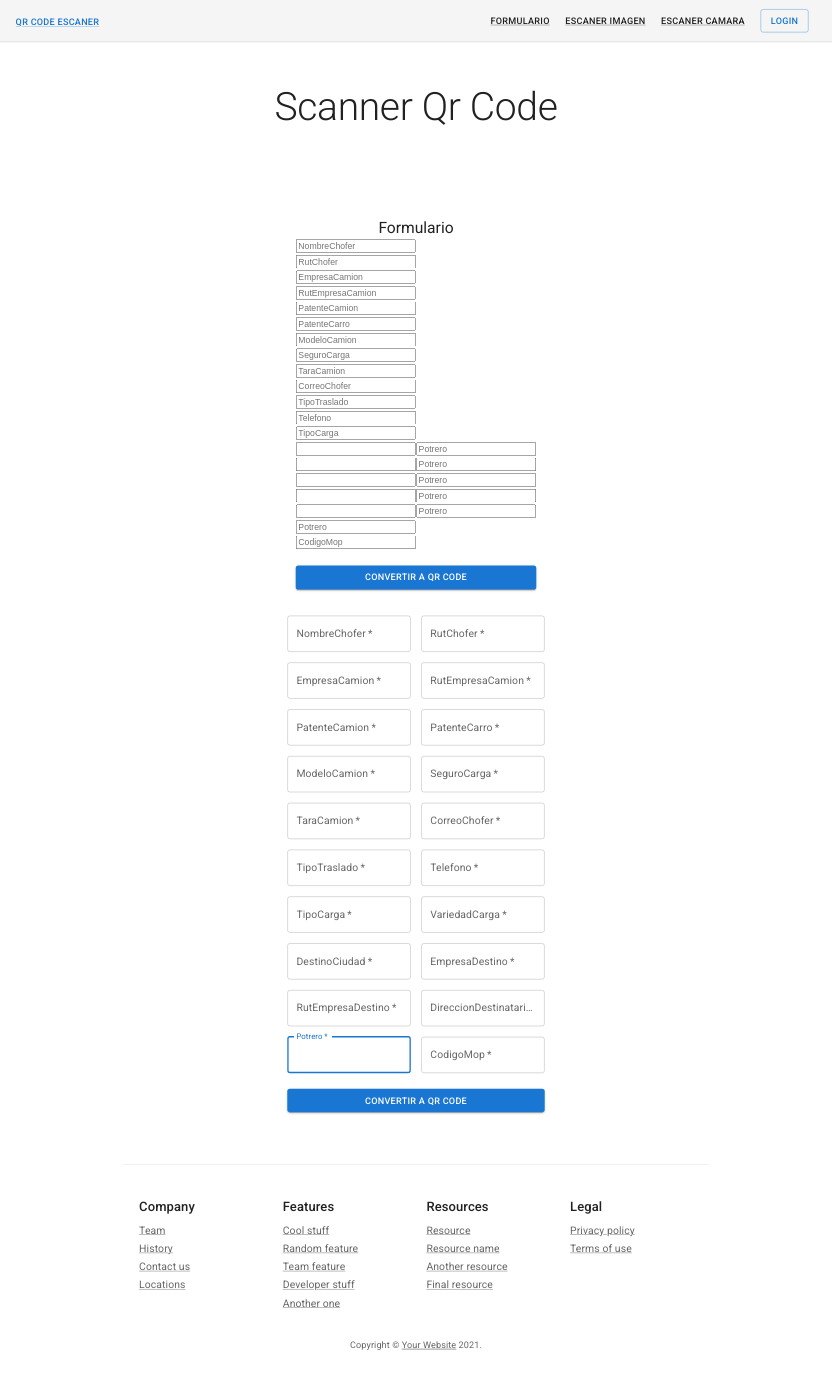
Repository: FlamesAlejandro/QrCodeForm
Page: /form
The author's editor kept a copy of each file at every save. The page is drawn from the files as they stood at one save, then again after a run of saves.
The browser window is 1280 px wide. The pictures show the whole page, at 65% of full size.
The project was rebuilt for these pictures with package versions that can differ from the ones it lists, and the page was loaded fresh each time. Also part of the build but not shown: src/App.css, src/components/pages/ImagenEscaner.js, src/components/pages/CamaraEscaner.js, src/components/pages/Home.js.

Above is the page before, as saved 2021-10-24 07:53:25.

### src/App.js
import './App.css';
import { AppRouter } from './routers/AppRouter';

function App() {
  return (
    <>
      <AppRouter />
    </>
  );
}

export default App;

### src/routers/AppRouter.js
import React from 'react'
import { Switch, Route, Redirect, BrowserRouter as Router } from 'react-router-dom'
import CssBaseline from '@mui/material/CssBaseline';
import Typography from '@mui/material/Typography';
import GlobalStyles from '@mui/material/GlobalStyles';
import Container from '@mui/material/Container';
import { MainNavbar } from '../components/ui/MainNavbar';
import { MainFooter } from '../components/ui/MainFooter';
import { Form } from '../components/pages/Form';
import { ImagenEscaner } from '../components/pages/ImagenEscaner';
import { CamaraEscaner } from '../components/pages/CamaraEscaner';
import { Home } from '../components/pages/Home';

export const AppRouter = () => {
    return (
        <>
        <Router>
            <GlobalStyles styles={{ ul: { margin: 0, padding: 0, listStyle: 'none' } }} />
                <CssBaseline />

                <MainNavbar />

                {/* Hero unit */}
                <Container disableGutters maxWidth="sm" component="main" sx={{ pt: 8, pb: 6 }}>
                    <Typography
                    component="h1"
                    variant="h2"
                    align="center"
                    color="text.primary"
                    gutterBottom
                    >
                    Scanner Qr Code
                    </Typography>

                </Container>

                {/* Contenido */}
                <Container maxWidth="md" component="main">

                    <Switch>
                        <Route exact path="/form" component={ Form } />
                        <Route exact path="/imagen" component={ ImagenEscaner } />
                        <Route exact path="/camara" component={ CamaraEscaner } />
                        <Route exact path="/home" component={ Home } />
                        <Redirect to="/home" />
                    </Switch>

                </Container>

                {/* Footer */}
                <Container
                    maxWidth="md"
                    component="footer"
                    sx={{
                    borderTop: (theme) => `1px solid ${theme.palette.divider}`,
                    mt: 8,
                    py: [3, 6],
                    }}
                >
                    <MainFooter />

                </Container>
                {/* End footer */}
            </Router>
        </>
    )
}

### src/components/ui/MainNavbar.js
import React from 'react'
import AppBar from '@mui/material/AppBar';
import Button from '@mui/material/Button';
import Toolbar from '@mui/material/Toolbar';
import Typography from '@mui/material/Typography';
import Link from '@mui/material/Link';

export const MainNavbar = () => {
    return (
        <>
            <AppBar
                position="static"
                color="default"
                elevation={0}
                sx={{ borderBottom: (theme) => `1px solid ${theme.palette.divider}` }}
            >
                <Toolbar sx={{ flexWrap: 'wrap' }}>
                <Typography variant="h6" color="inherit" noWrap sx={{ flexGrow: 1 }}>
                    <Link
                            variant="button"
                            href="/home"
                        >QR CODE Escaner
                    </Link>
                </Typography>
                <nav>
                    <Link
                        variant="button"
                        color="text.primary"
                        href="/form"
                        sx={{ my: 1, mx: 1.5 }}
                    >
                    Formulario
                    </Link>
                    <Link
                        variant="button"
                        color="text.primary"
                        href="/imagen"
                        sx={{ my: 1, mx: 1.5 }}
                    >
                    Escaner Imagen
                    </Link>
                    <Link
                        variant="button"
                        color="text.primary"
                        href="/camara"
                        sx={{ my: 1, mx: 1.5 }}
                    >
                    Escaner Camara
                    </Link>
                </nav>
                <Button href="/home" variant="outlined" sx={{ my: 1, mx: 1.5 }}>
                    Login
                </Button>
                </Toolbar>
            </AppBar>
        </>
    )
}

### src/components/ui/MainFooter.js
import React from 'react'
import Grid from '@mui/material/Grid';
import Typography from '@mui/material/Typography';
import Link from '@mui/material/Link';

function Copyright(props) {
    return (
      <Typography variant="body2" color="text.secondary" align="center" {...props}>
        {'Copyright © '}
        <Link color="inherit" href="https://mui.com/">
          Your Website
        </Link>{' '}
        {new Date().getFullYear()}
        {'.'}
      </Typography>
    );
  }

  const footers = [
    {
      title: 'Company',
      description: ['Team', 'History', 'Contact us', 'Locations'],
    },
    {
      title: 'Features',
      description: [
        'Cool stuff',
        'Random feature',
        'Team feature',
        'Developer stuff',
        'Another one',
      ],
    },
    {
      title: 'Resources',
      description: ['Resource', 'Resource name', 'Another resource', 'Final resource'],
    },
    {
      title: 'Legal',
      description: ['Privacy policy', 'Terms of use'],
    },
  ];

export const MainFooter = () => {

    return (
        <>
            <Grid container spacing={4} justifyContent="space-evenly">
                {footers.map((footer) => (
                    <Grid item xs={6} sm={3} key={footer.title}>
                    <Typography variant="h6" color="text.primary" gutterBottom>
                        {footer.title}
                    </Typography>
                    <ul>
                        {footer.description.map((item) => (
                        <li key={item}>
                            <Link href="#" variant="subtitle1" color="text.secondary">
                            {item}
                            </Link>
                        </li>
                        ))}
                    </ul>
                    </Grid>
                ))}
            </Grid>
            <Copyright sx={{ mt: 5 }} />
        </>
    )
}

### src/components/pages/Form.js
import React, { useState } from 'react'
import Button from '@mui/material/Button';
import CssBaseline from '@mui/material/CssBaseline';
import TextField from '@mui/material/TextField';
import Grid from '@mui/material/Grid';
import Box from '@mui/material/Box';
import Typography from '@mui/material/Typography';
import Container from '@mui/material/Container';
import QRCode from 'qrcode';
import { useForm } from "react-hook-form";

export const Form = () => {

    const [imgUrl, setImgUrl] = useState('');

    const { register, handleSubmit, formState: { errors } } = useForm();
    const onSubmit = data => console.log(data);
    console.log(errors);

    const generarQrCode = async(event) => {
        try {
            event.preventDefault();
            const data = new FormData(event.currentTarget);
            const response = await QRCode.toDataURL(data);
            setImgUrl(response);

        } catch (error) {
          console.log(error);
        }
    }

    return (
        <>
            <Container component="main" maxWidth="xs">
                <CssBaseline />
                <Box
                sx={{
                    marginTop: 8,
                    display: 'flex',
                    flexDirection: 'column',
                    alignItems: 'center',
                }}
                >
                <Typography component="h1" variant="h5">
                    Formulario
                </Typography>

                <form onSubmit={handleSubmit(onSubmit)}>
                <Grid item xs={12} sm={6}>
                        <input type="text" placeholder="NombreChofer" {...register("NombreChofer", {})} />
                    </Grid>
                    <Grid item xs={12} sm={6}>
                        <input type="text" placeholder="RutChofer" {...register("RutChofer", {})} />
                    </Grid>
                    <Grid item xs={12} sm={6}>
                        <input type="text" placeholder="EmpresaCamion" {...register("EmpresaCamion", {})} />
                    </Grid>
                    <Grid item xs={12} sm={6}>
                        <input type="text" placeholder="RutEmpresaCamion" {...register("RutEmpresaCamion", {})} />
                    </Grid>
                    <Grid item xs={12} sm={6}>
                        <input type="text" placeholder="PatenteCamion" {...register("PatenteCamion", {})} />
                    </Grid>
                    <Grid item xs={12} sm={6}>
                        <input type="text" placeholder="PatenteCarro" {...register("PatenteCarro", {})} />
                    </Grid>
                    <Grid item xs={12} sm={6}>
                        <input type="text" placeholder="ModeloCamion" {...register("ModeloCamion", {})} />
                    </Grid>
                    <Grid item xs={12} sm={6}>
                        <input type="text" placeholder="SeguroCarga" {...register("SeguroCarga", {})} />
                    </Grid>
                    <Grid item xs={12} sm={6}>
                        <input type="text" placeholder="TaraCamion" {...register("TaraCamion", {})} />
                    </Grid>
                    <Grid item xs={12} sm={6}>
                        <input type="text" placeholder="CorreoChofer" {...register("CorreoChofer", {})} />
                    </Grid>
                    <Grid item xs={12} sm={6}>
                        <input type="text" placeholder="TipoTraslado" {...register("TipoTraslado", {})} />
                    </Grid>
                    <Grid item xs={12} sm={6}>
                        <input type="text" placeholder="Telefono" {...register("Telefono", {})} />
                    </Grid>
                    <Grid item xs={12} sm={6}>
                        <input type="text" placeholder="TipoCarga" {...register("TipoCarga", {})} />
                    </Grid>
                    <Grid item xs={12} sm={6}>
                        <input
                        required
                        fullWidth
                        id="VariedadCarga"
                        label="VariedadCarga"
                        name="VariedadCarga"
                        autoComplete="VariedadCarga"
                        />
                        <input type="text" placeholder="Potrero" {...register("Potrero", {})} />
                    </Grid>
                    <Grid item xs={12} sm={6}>
                        <input
                        autoComplete="DestinoCiudad"
                        name="DestinoCiudad"
                        required
                        fullWidth
                        id="DestinoCiudad"
                        label="DestinoCiudad"
                        autoFocus
                        />
                        <input type="text" placeholder="Potrero" {...register("Potrero", {})} />
                    </Grid>
                    <Grid item xs={12} sm={6}>
                        <input
                        required
                        fullWidth
                        id="EmpresaDestino"
                        label="EmpresaDestino"
                        name="EmpresaDestino"
                        autoComplete="EmpresaDestino"
                        />
                        <input type="text" placeholder="Potrero" {...register("Potrero", {})} />
                    </Grid>
                    <Grid item xs={12} sm={6}>
                        <input
                        autoComplete="RutEmpresaDestino"
                        name="RutEmpresaDestino"
                        required
                        fullWidth
                        id="RutEmpresaDestino"
                        label="RutEmpresaDestino"
                        autoFocus
                        />
                        <input type="text" placeholder="Potrero" {...register("Potrero", {})} />
                    </Grid>
                    <Grid item xs={12} sm={6}>
                        <input
                        required
                        fullWidth
                        id="DireccionDestinatario"
                        label="DireccionDestinatario"
                        name="DireccionDestinatario"
                        autoComplete="DireccionDestinatario"
                        />
                        <input type="text" placeholder="Potrero" {...register("Potrero", {})} />
                    </Grid>
                    <Grid item xs={12} sm={6}>
                        <input type="text" placeholder="Potrero" {...register("Potrero", {})} />
                    </Grid>
                    <Grid item xs={12} sm={6}>
                        <input type="text" placeholder="CodigoMop" {...register("CodigoMop", {})} />
                    </Grid>
                    <Button
                        type="submit"
                        fullWidth
                        variant="contained"
                        sx={{ mt: 3, mb: 2 }}
                    >
                    Convertir a QR CODE
                    </Button>
                </form>

                <Box component="form" noValidate onSubmit={generarQrCode} sx={{ mt: 3 }}>
                    <Grid container spacing={2}>
                    <Grid item xs={12} sm={6}>
                        <TextField
                        autoComplete="NombreChofer"
                        name="NombreChofer"
                        required
                        fullWidth
                        id="NombreChofer"
                        label="NombreChofer"
                        autoFocus
                        />
                    </Grid>
                    <Grid item xs={12} sm={6}>
                        <TextField
                        required
                        fullWidth
                        id="RutChofer"
                        label="RutChofer"
                        name="RutChofer"
                        autoComplete="RutChofer"
                        />
                    </Grid>
                    <Grid item xs={12} sm={6}>
                        <TextField
                        autoComplete="EmpresaCamion"
                        name="EmpresaCamion"
                        required
                        fullWidth
                        id="EmpresaCamion"
                        label="EmpresaCamion"
                        autoFocus
                        />
                    </Grid>
                    <Grid item xs={12} sm={6}>
                        <TextField
                        required
                        fullWidth
                        id="RutEmpresaCamion"
                        label="RutEmpresaCamion"
                        name="RutEmpresaCamion"
                        autoComplete="RutEmpresaCamion"
                        />
                    </Grid>
                    <Grid item xs={12} sm={6}>
                        <TextField
                        autoComplete="PatenteCamion"
                        name="PatenteCamion"
                        required
                        fullWidth
                        id="PatenteCamion"
                        label="PatenteCamion"
                        autoFocus
                        />
                    </Grid>
                    <Grid item xs={12} sm={6}>
                        <TextField
                        required
                        fullWidth
                        id="PatenteCarro"
                        label="PatenteCarro"
                        name="PatenteCarro"
                        autoComplete="PatenteCarro"
                        />
                    </Grid>
                    <Grid item xs={12} sm={6}>
                        <TextField
                        autoComplete="ModeloCamion"
                        name="ModeloCamion"
                        required
                        fullWidth
                        id="ModeloCamion"
                        label="ModeloCamion"
                        autoFocus
                        />
                    </Grid>
                    <Grid item xs={12} sm={6}>
                        <TextField
                        required
                        fullWidth
                        id="SeguroCarga"
                        label="SeguroCarga"
                        name="SeguroCarga"
                        autoComplete="SeguroCarga"
                        />
                    </Grid>
                    <Grid item xs={12} sm={6}>
                        <TextField
                        autoComplete="TaraCamion"
                        name="TaraCamion"
                        required
                        fullWidth
                        id="TaraCamion"
                        label="TaraCamion"
                        autoFocus
                        />
                    </Grid>
                    <Grid item xs={12} sm={6}>
                        <TextField
                        required
                        fullWidth
                        id="CorreoChofer"
                        label="CorreoChofer"
                        name="CorreoChofer"
                        autoComplete="CorreoChofer"
                        />
                    </Grid>
                    <Grid item xs={12} sm={6}>
                        <TextField
                        autoComplete="TipoTraslado"
                        name="TipoTraslado"
                        required
                        fullWidth
                        id="TipoTraslado"
                        label="TipoTraslado"
                        autoFocus
                        />
                    </Grid>
                    <Grid item xs={12} sm={6}>
                        <TextField
                        required
                        fullWidth
                        id="Telefono"
                        label="Telefono"
                        name="Telefono"
                        autoComplete="Telefono"
                        />
                    </Grid>
                    <Grid item xs={12} sm={6}>
                        <TextField
                        autoComplete="TipoCarga"
                        name="TipoCarga"
                        required
                        fullWidth
                        id="TipoCarga"
                        label="TipoCarga"
                        autoFocus
                        />
                    </Grid>
                    <Grid item xs={12} sm={6}>
                        <TextField
                        required
                        fullWidth
                        id="VariedadCarga"
                        label="VariedadCarga"
                        name="VariedadCarga"
                        autoComplete="VariedadCarga"
                        />
                    </Grid>
                    <Grid item xs={12} sm={6}>
                        <TextField
                        autoComplete="DestinoCiudad"
                        name="DestinoCiudad"
                        required
                        fullWidth
                        id="DestinoCiudad"
                        label="DestinoCiudad"
                        autoFocus
                        />
                    </Grid>
                    <Grid item xs={12} sm={6}>
                        <TextField
                        required
                        fullWidth
                        id="EmpresaDestino"
                        label="EmpresaDestino"
                        name="EmpresaDestino"
                        autoComplete="EmpresaDestino"
                        />
                    </Grid>
                    <Grid item xs={12} sm={6}>
                        <TextField
                        autoComplete="RutEmpresaDestino"
                        name="RutEmpresaDestino"
                        required
                        fullWidth
                        id="RutEmpresaDestino"
                        label="RutEmpresaDestino"
                        autoFocus
                        />
                    </Grid>
                    <Grid item xs={12} sm={6}>
                        <TextField
                        required
                        fullWidth
                        id="DireccionDestinatario"
                        label="DireccionDestinatario"
                        name="DireccionDestinatario"
                        autoComplete="DireccionDestinatario"
                        />
                    </Grid>
                    <Grid item xs={12} sm={6}>
                        <TextField
                        autoComplete="Potrero"
                        name="Potrero"
                        required
                        fullWidth
                        id="Potrero"
                        label="Potrero"
                        autoFocus
                        />
                    </Grid>
                    <Grid item xs={12} sm={6}>
                        <TextField
                        required
                        fullWidth
                        id="CodigoMop"
                        label="CodigoMop"
                        name="CodigoMop"
                        autoComplete="CodigoMop"
                        />
                    </Grid>
                    </Grid>
                    <Button
                        type="submit"
                        fullWidth
                        variant="contained"
                        sx={{ mt: 3, mb: 2 }}
                    >
                    Convertir a QR CODE
                    </Button>
                </Box>
                </Box>
                {imgUrl ? (
                    <a href={imgUrl} download>
                        <img src={imgUrl} alt="img" />
                    </a>)
                : null}
            </Container>
        </>
    )
}

Loaded but not shown: public/index.html (common file); src/index.js (common file); src/index.css (common file); src/reportWebVitals.js (common file)

After the next 2 saves:
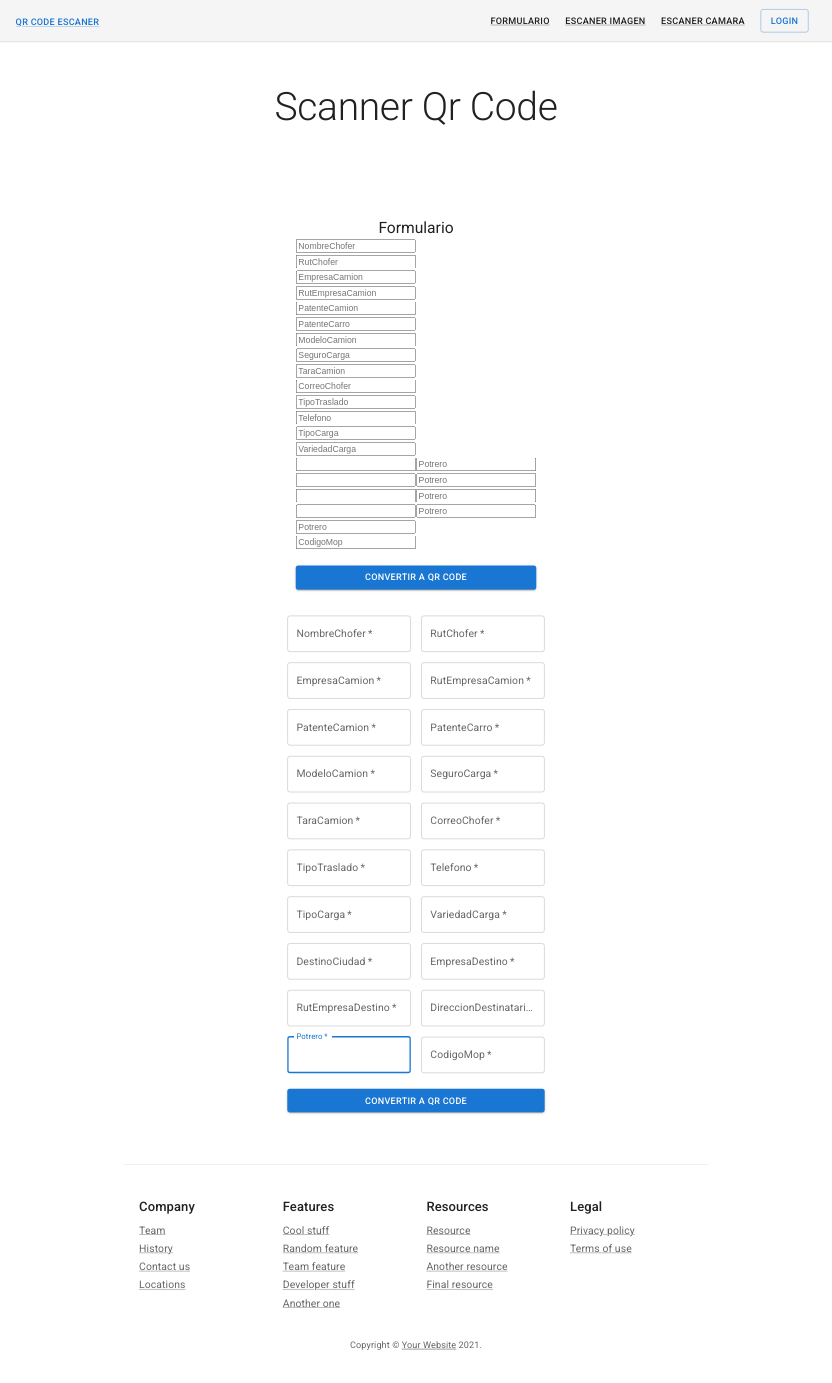
The 2 saves are shown as one change because they came seconds apart.
The last was saved 5 s later.
--- a/src/components/pages/Form.js
+++ b/src/components/pages/Form.js
@@ -86,15 +86,7 @@
                         <input type="text" placeholder="TipoCarga" {...register("TipoCarga", {})} />
                     </Grid>
                     <Grid item xs={12} sm={6}>
-                        <input
-                        required
-                        fullWidth
-                        id="VariedadCarga"
-                        label="VariedadCarga"
-                        name="VariedadCarga"
-                        autoComplete="VariedadCarga"
-                        />
-                        <input type="text" placeholder="Potrero" {...register("Potrero", {})} />
+                        <input type="text" placeholder="VariedadCarga" {...register("VariedadCarga", {})} />
                     </Grid>
                     <Grid item xs={12} sm={6}>
                         <input
